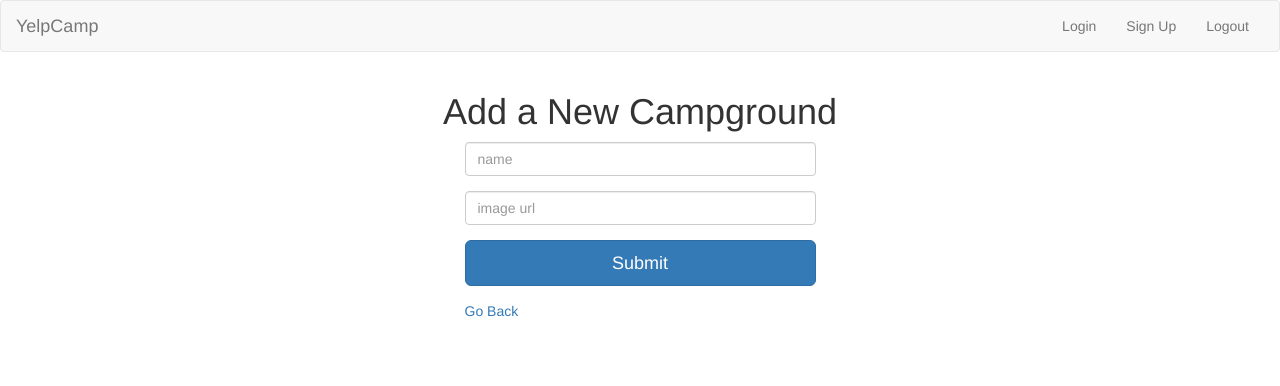
Repository: kristinamacekovic/webdevbootcamp2
Page: http://localhost/campgrounds/new
The author's editor kept a record of every edit. The page is drawn from the files as they stood at one moment, then again after the next edit.
The browser window is 1280 px wide. The pictures show the whole page.
The page is served by the project's Node server (YelpCamp/v1/app.js).

Above is the page before.

After the next edit:
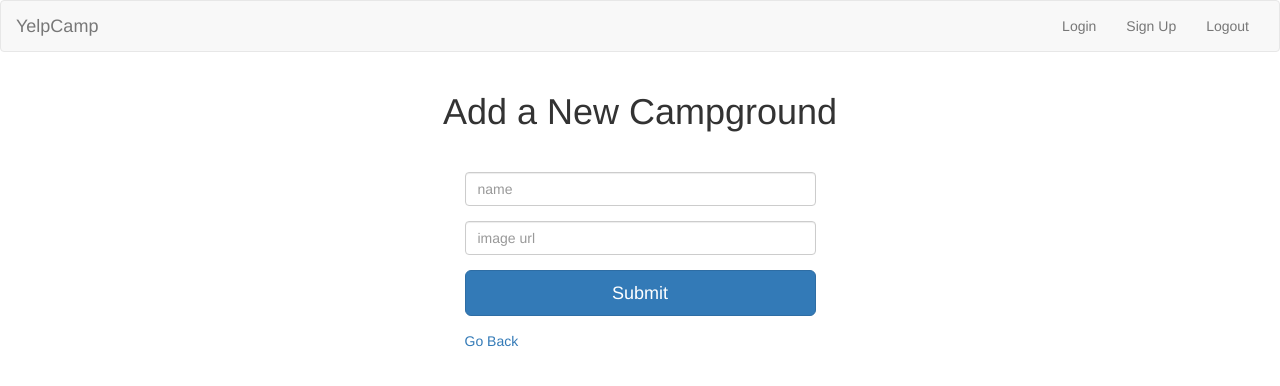
The edit:
--- a/YelpCamp/v1/views/new.ejs
+++ b/YelpCamp/v1/views/new.ejs
@@ -2,7 +2,7 @@
 <div class="container">
     <div class="row">
         <h1 style="text-align: center;">Add a New Campground</h1>
-<div style="width: 30%; margin: 0 auto;">
+<div style="width: 30%; margin: 40px auto;">
 <form action="/campgrounds" method="POST">
     <div class="form-group">
     <input class="form-control" type="text" placeholder="name" name="name"></input>
